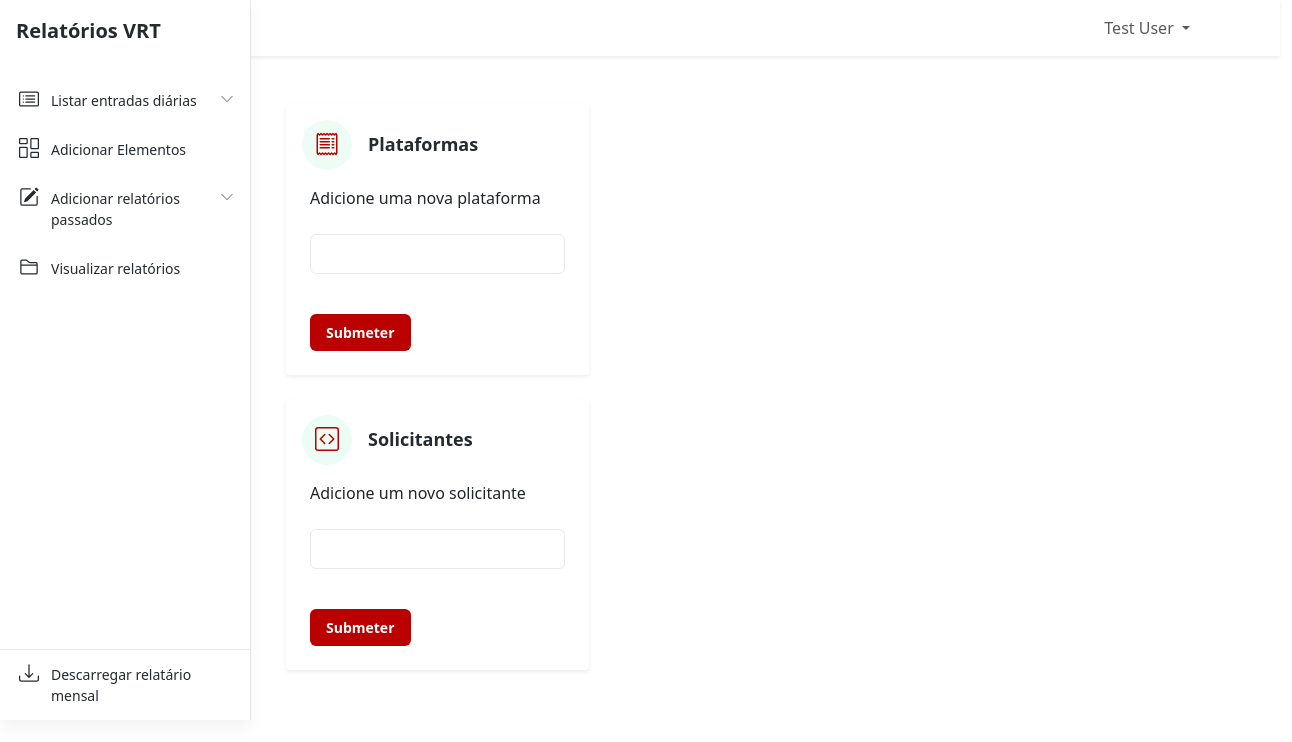
Repository: Yolanda-Marchone/Relatorios
Page: http://localhost/adicionar
An editor plug-in stored every save of this project. The page is shown before and after a run of saves, followed by the edit.
The browser window is 1280 px wide. The page is 1292 px wide, so the pictures cover 1292 px, including what lies to the right of the window. The pictures show the whole page.
The page is served by the project's Laravel application, run on PHP 8.4 with Laravel 10. A made-up administrator, Test User (test@example.com), is signed in. Style sheets and scripts are compiled from the project's sources, by tool versions that may differ from the author's.

Above is the page before, as saved 2024-05-23 11:20:37.

After the next 2 saves:
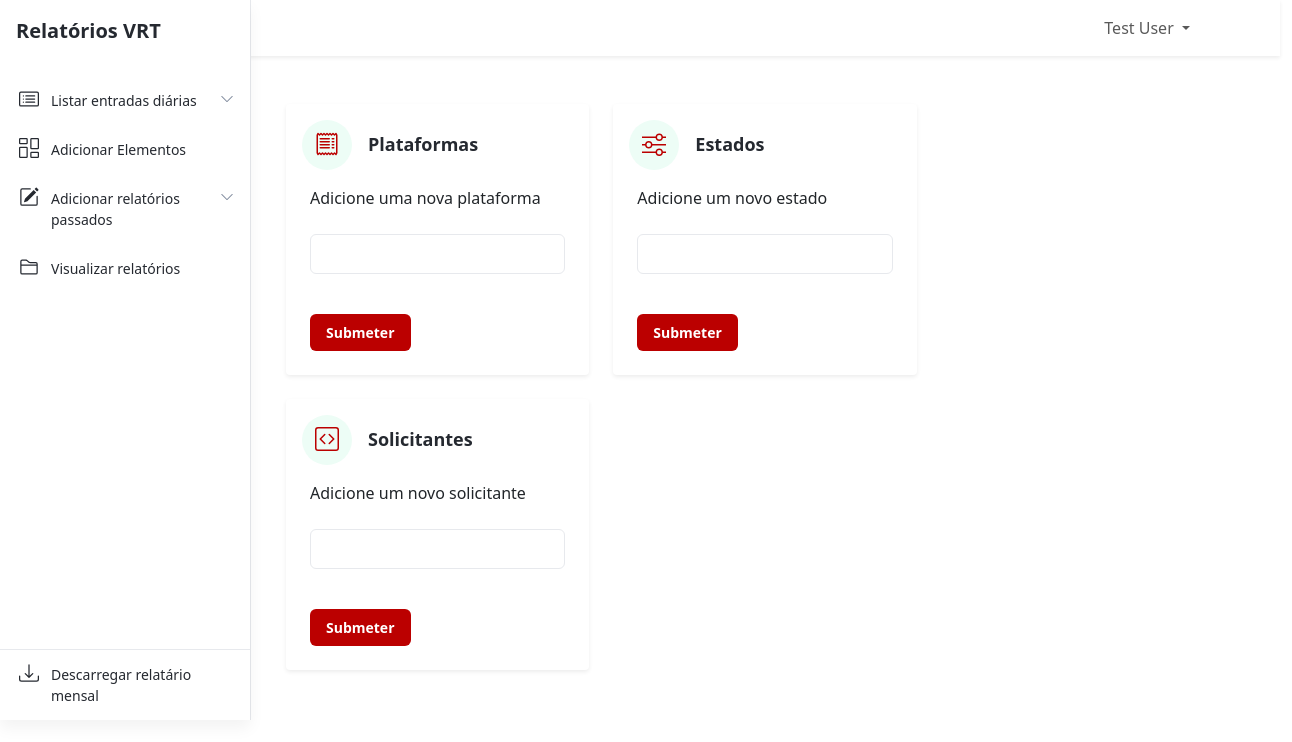
The 2 saves are shown as one change because they came seconds apart.
The last was saved 6 s later.
--- a/resources/views/layouts/adicionar.blade.php
+++ b/resources/views/layouts/adicionar.blade.php
@@ -52,6 +52,42 @@
 </div><!--//app-card-footer-->
 						</div><!--//app-card-->
 				    </div><!--//col-->
+                    <div class="col-12 col-lg-4">
+					    <div class="app-card app-card-basic d-flex flex-column align-items-start shadow-sm">
+						    <div class="app-card-header p-3 border-bottom-0">
+						        <div class="row align-items-center gx-3">
+							        <div class="col-auto">
+								        <div class="app-icon-holder">
+                                        <svg width="1em" height="1em" viewBox="0 0 16 16" class="bi bi-sliders" fill="currentColor" xmlns="http://www.w3.org/2000/svg">
+  <path fill-rule="evenodd" d="M11.5 2a1.5 1.5 0 1 0 0 3 1.5 1.5 0 0 0 0-3zM9.05 3a2.5 2.5 0 0 1 4.9 0H16v1h-2.05a2.5 2.5 0 0 1-4.9 0H0V3h9.05zM4.5 7a1.5 1.5 0 1 0 0 3 1.5 1.5 0 0 0 0-3zM2.05 8a2.5 2.5 0 0 1 4.9 0H16v1H6.95a2.5 2.5 0 0 1-4.9 0H0V8h2.05zm9.45 4a1.5 1.5 0 1 0 0 3 1.5 1.5 0 0 0 0-3zm-2.45 1a2.5 2.5 0 0 1 4.9 0H16v1h-2.05a2.5 2.5 0 0 1-4.9 0H0v-1h9.05z"/>
+</svg>
+									    </div><!--//icon-holder-->
+
+							        </div><!--//col-->
+							        <div class="col-auto">
+								        <h4 class="app-card-title">Estados</h4>
+							        </div><!--//col-->
+						        </div><!--//row-->
+						    </div><!--//app-card-header-->
+						    <div class="app-card-body px-4">
+
+<div class="intro">Adicione um novo estado</div>
+<div class="mb-3"  >
+<form class="settings-form" method="POST" action="/submeter_estado">
+        @csrf
+<label for="setting-input-1" class="form-label"></label>
+<input type="text" class="form-control" id="novo_estado" name="novo_estado" value="" required>
+
+</div>
+</div><!--//app-card-body-->
+
+<div class="app-card-footer p-4 mt-auto">
+<button type="submit" class="btn app-btn-primary" >Submeter</button>
+    </form>
+</div><!--//app-card-footer-->
+						</div><!--//app-card-->
+				    </div><!--//col-->
+
 
 
                 </div>
